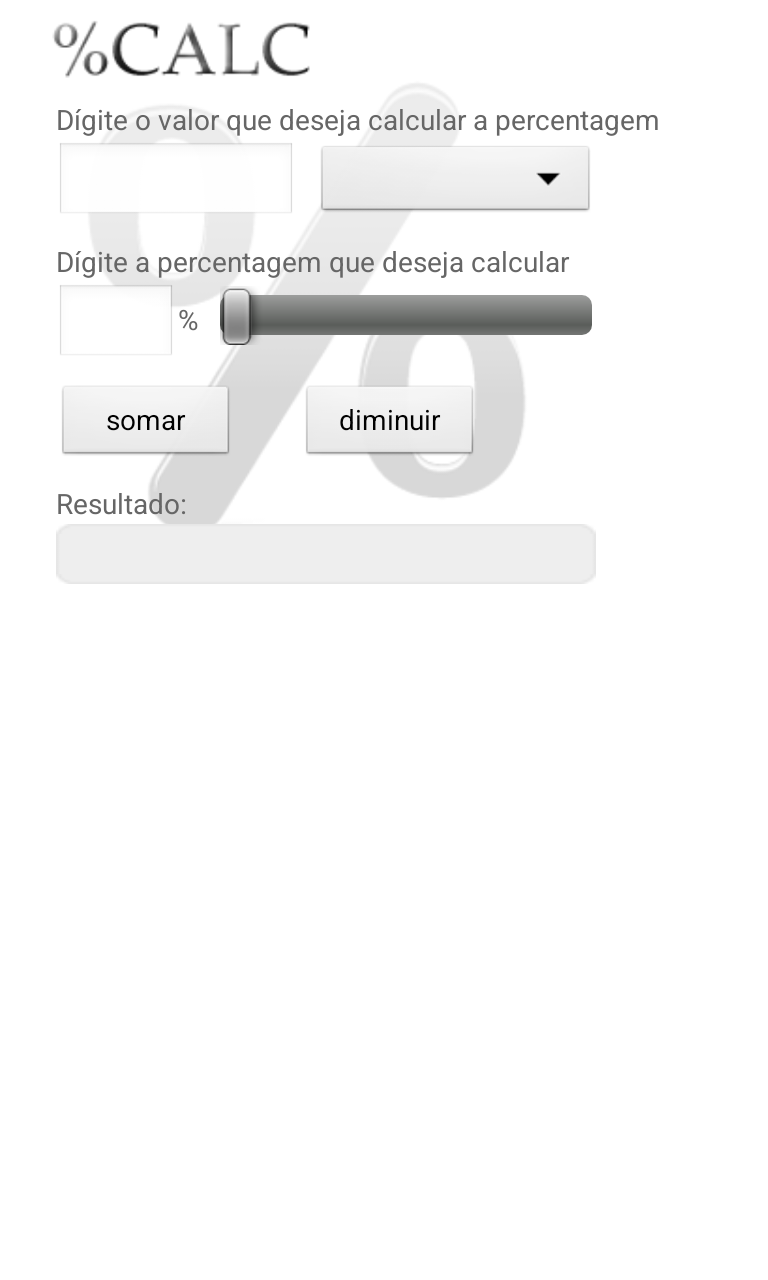
Repository: leoclaro/percentcalc
Layout: CalcularPercentagem/res/layout/main.xml
The author's editor kept a copy of each file at every save. The layout is drawn from the files as they stood at one save, then again after the next save.
It is drawn on a 768 x 1280 px phone screen (xhdpi) without system bars, with theme android:Theme; the app's code is not run.

Above is the layout before, as saved 2012-05-10 14:17:04.

After the next save:
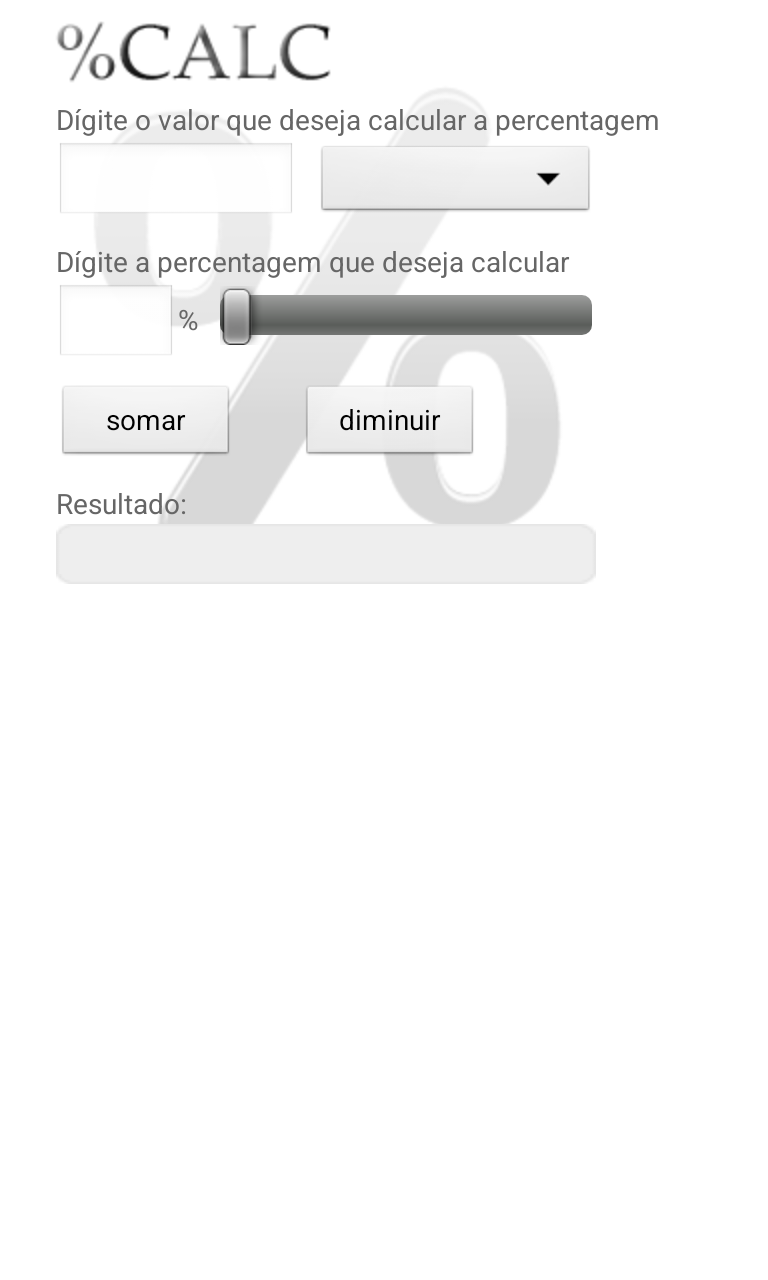
Saved 106 s later.
--- a/CalcularPercentagem/res/layout/main.xml
+++ b/CalcularPercentagem/res/layout/main.xml
@@ -8,6 +8,7 @@
         android:id="@+id/imageViewBG"
         android:layout_width="300dp"
         android:layout_height="300dp"
+        android:scaleType="matrix"
         android:layout_marginTop="5dp"
         android:contentDescription="@string/image_bg"
         android:src="@drawable/bg" />
